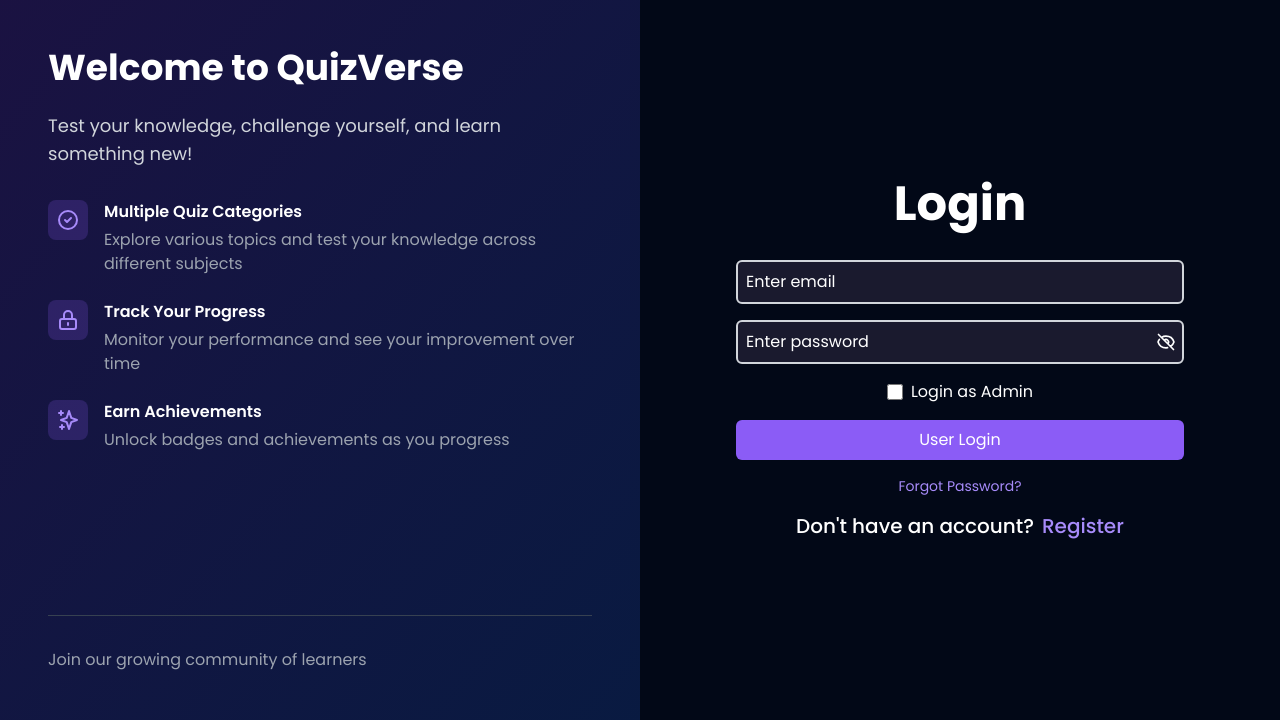
Repository: bdhanush-pxl/QuizVerse-InterviewPrep-MERN-stack-
Page: / (app in Quiz/)
An editor plug-in stored every save of this project. The page is shown before and after the next save, followed by the edit.
The browser window is 1280 px wide. The pictures show the whole page.
The page's requests for data from a server got no answer. The project was rebuilt for these pictures with package versions that can differ from the ones it lists, and the page was loaded fresh each time. No one was signed in, and anything a server would have sent is missing. Also part of the build but not shown: Quiz/vite.config.js, Quiz/src/pages/Discussion/Discussion.jsx, Quiz/src/pages/QuizSection.jsx, Quiz/src/pages/AdminDashboard.jsx, Quiz/src/services/quizService.js, Quiz/src/pages/UserProfile.jsx, Quiz/src/pages/AdminRegister.jsx, Quiz/src/pages/QuizResult.jsx and 10 more.

Above is the page before, as saved 2025-02-20 12:54:10.

After the next save:
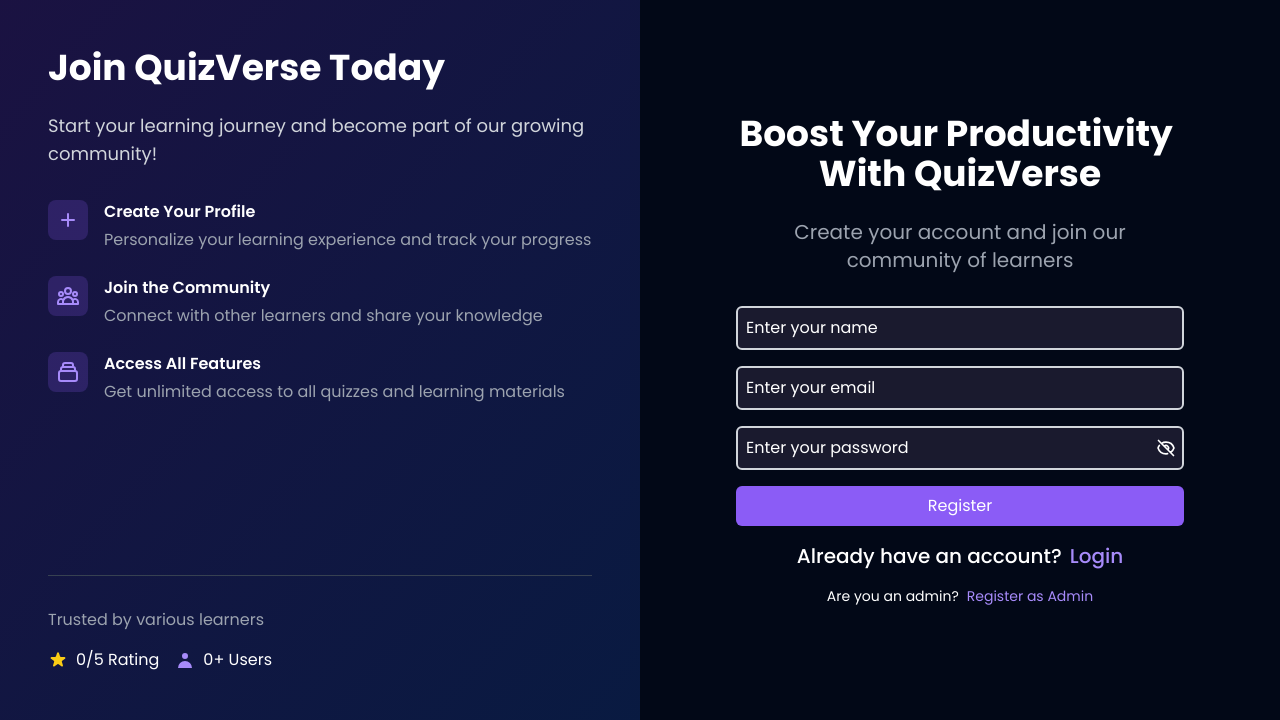
Saved 95 min 42 s later.
--- a/Quiz/src/App.jsx
+++ b/Quiz/src/App.jsx
@@ -22,7 +22,7 @@ function App() {
   return (
     <Router>
       <Routes>
-        <Route path="/" element={<Login />} />
+        <Route path="/" element={<Register />} />
         <Route path="/register" element={<Register />} />
         <Route path="/login" element={<Login />} />
         <Route path="/quiz" element={<QuizSection />} />
